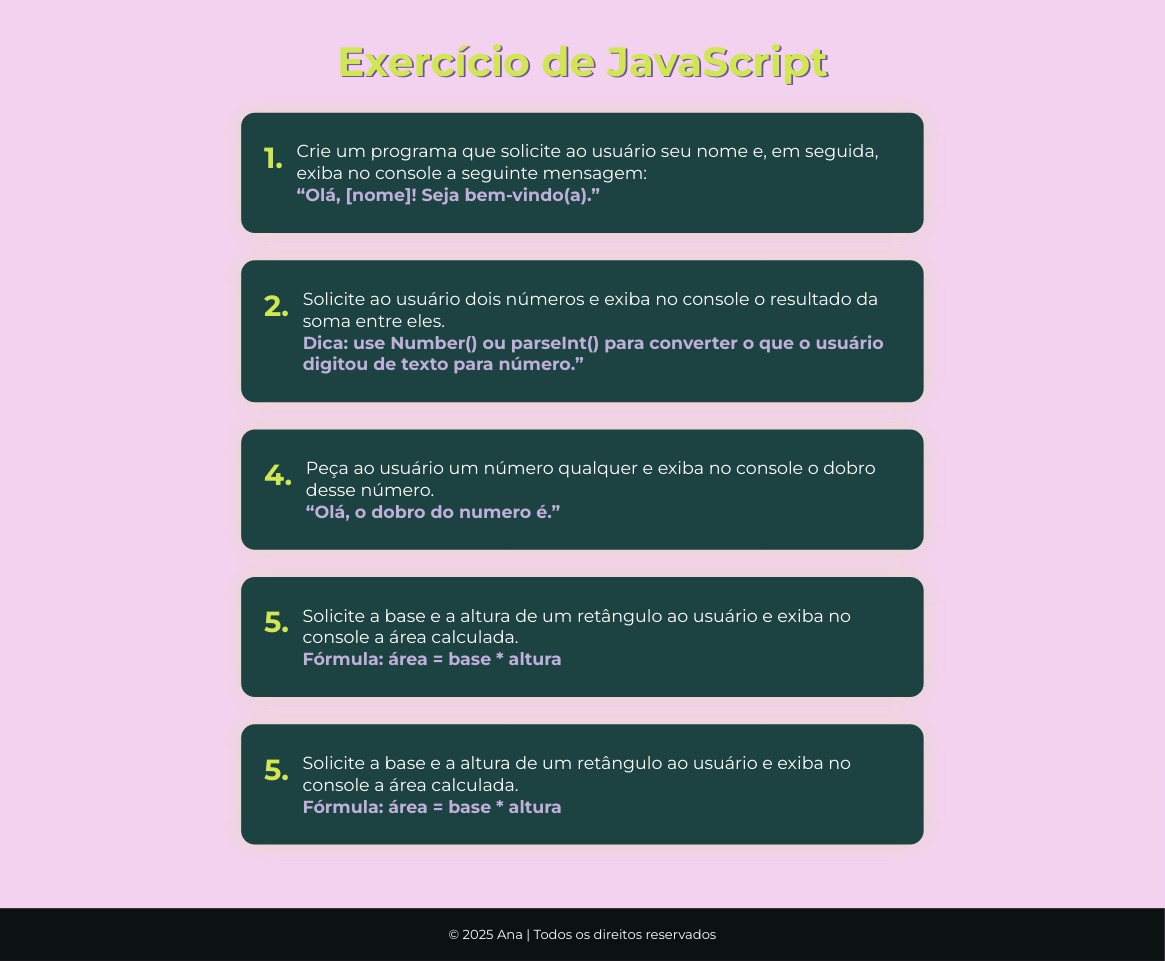
Repository: Anajaraa/atividadeJS
Page: index.html
These files come from the project's save history. The page is drawn as it stood at one moment and after the next save; the edit follows.
The browser window is 1280 px wide. The pictures show the whole page, at 91% of full size.
Some web fonts or font styles are not loaded; a fallback is used.

Above is the page before, as saved 2025-08-05 12:07:47.

After the next save:
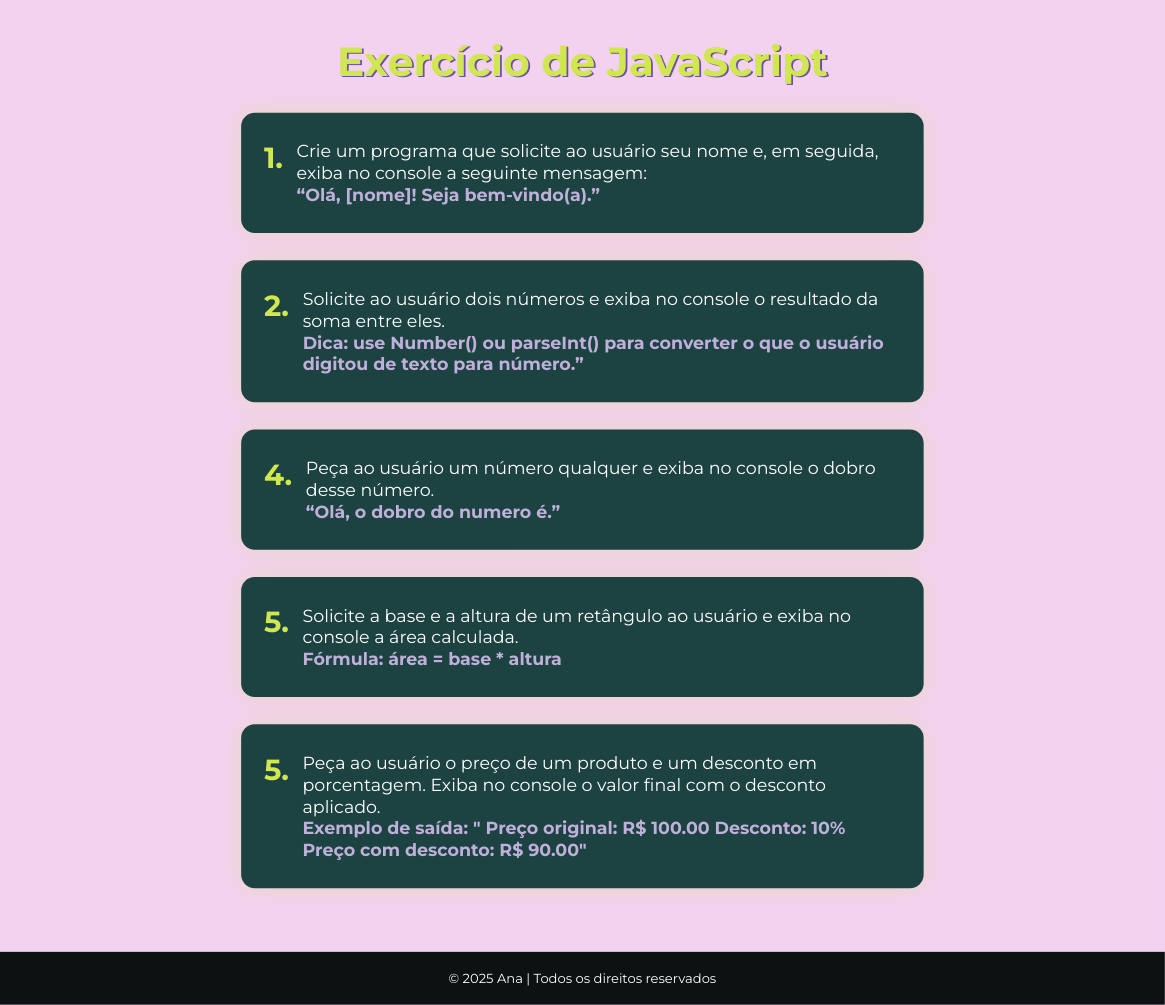
Saved 34 s later.
--- a/index.html
+++ b/index.html
@@ -46,9 +46,12 @@
      <section class="card">
       <p class="numero">5.</p>
       <p class="descricao">
-        Solicite a base e a altura de um retângulo ao usuário e exiba no console a área calculada.
+        Peça ao usuário o preço de um produto e um desconto em porcentagem. Exiba no console o valor final com o desconto aplicado.
   <br>
-        <strong>Fórmula: área = base * altura</strong>
+        <strong>Exemplo de saída:
+" Preço original: R$ 100.00
+  Desconto: 10%
+  Preço com desconto: R$ 90.00"</strong>
       </p>
     </section>
 
